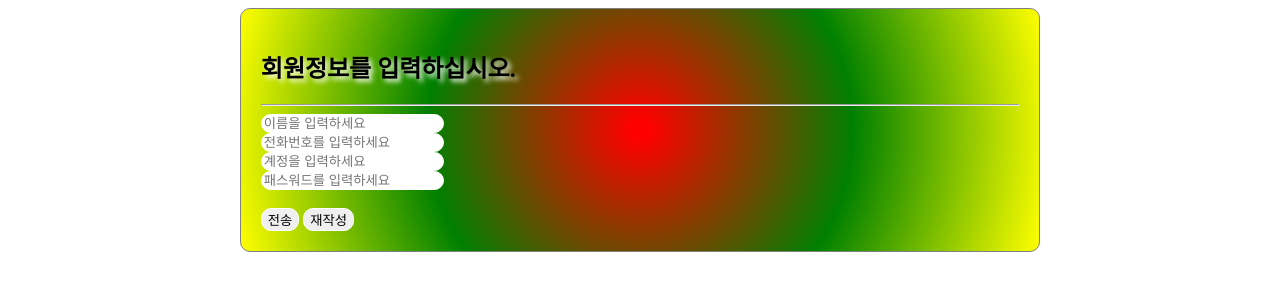
Repository: kdg0109/multicampus_course
Page: web course/workspace_web/mvc/WebContent/htmlexam/memberForm.html
An editor plug-in stored every save of this project. The page is shown before and after the next save, followed by the edit.
The browser window is 1280 px wide. The pictures show the whole page.

Above is the page before, as saved 2018-02-09 02:40:35.

After the next save:
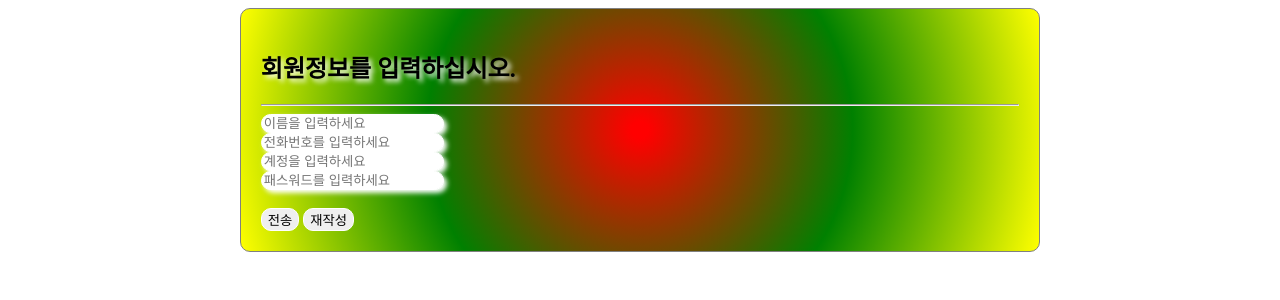
Saved 55 s later.
--- a/web course/workspace_web/mvc/WebContent/htmlexam/memberForm.html
+++ b/web course/workspace_web/mvc/WebContent/htmlexam/memberForm.html
@@ -10,6 +10,9 @@
 	input {
 		border : solid 1px white;
 		border-radius: 10px 10px 10px 10px;
+	}
+	.input {
+	 box-shadow: 3px 3px 5px #ffffff;
 	}
 	#click1, #click2 {
 		background: gray;
